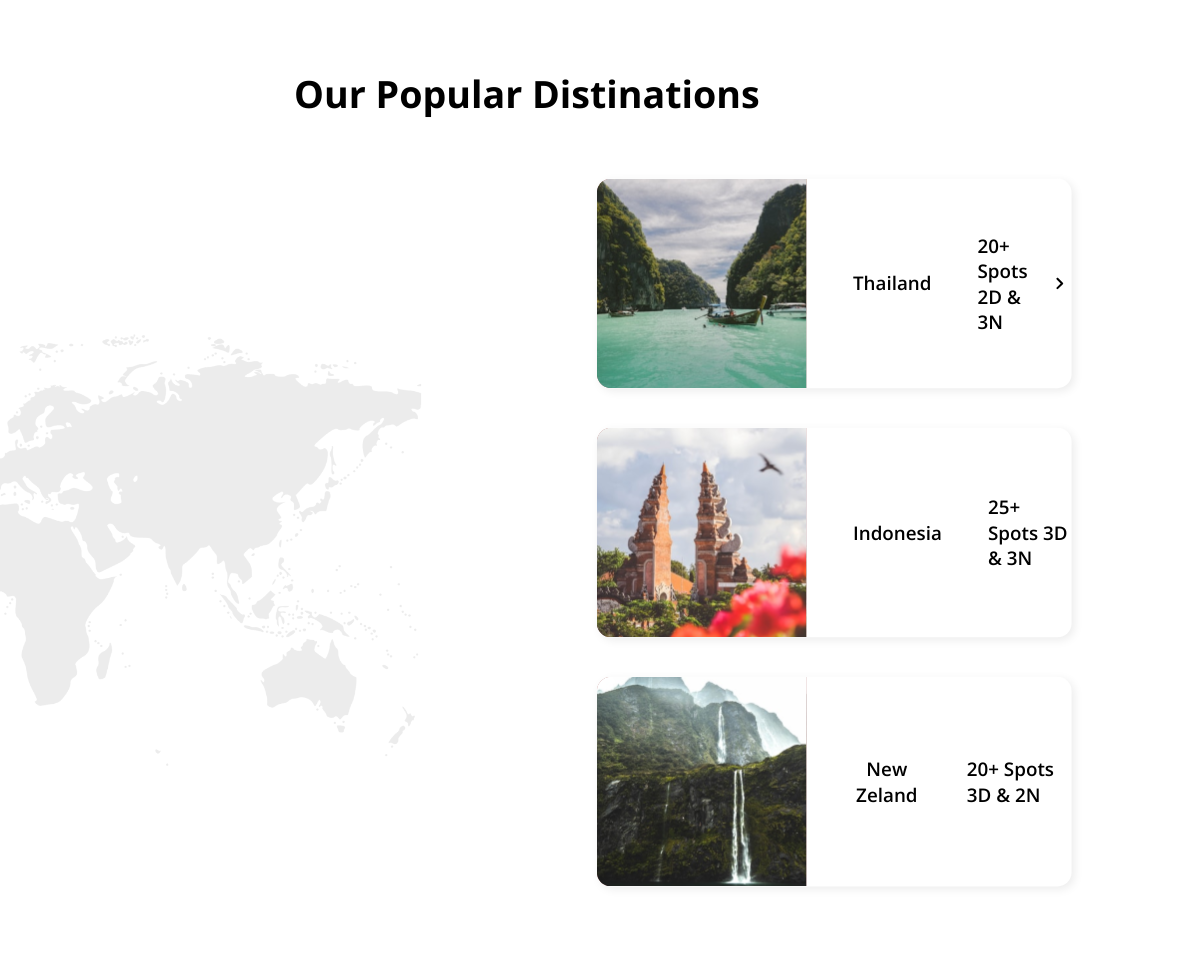
Repository: MehdiKerimov/Figma-Task-16
Page: index.html
These files come from the project's save history. The page is drawn as it stood at one moment and after a run of saves; the edit follows.
The browser window is 1280 px wide. The pictures show the whole page, at 94% of full size.

Above is the page before, as saved 2023-10-10 11:10:15.

After the next 3 saves:
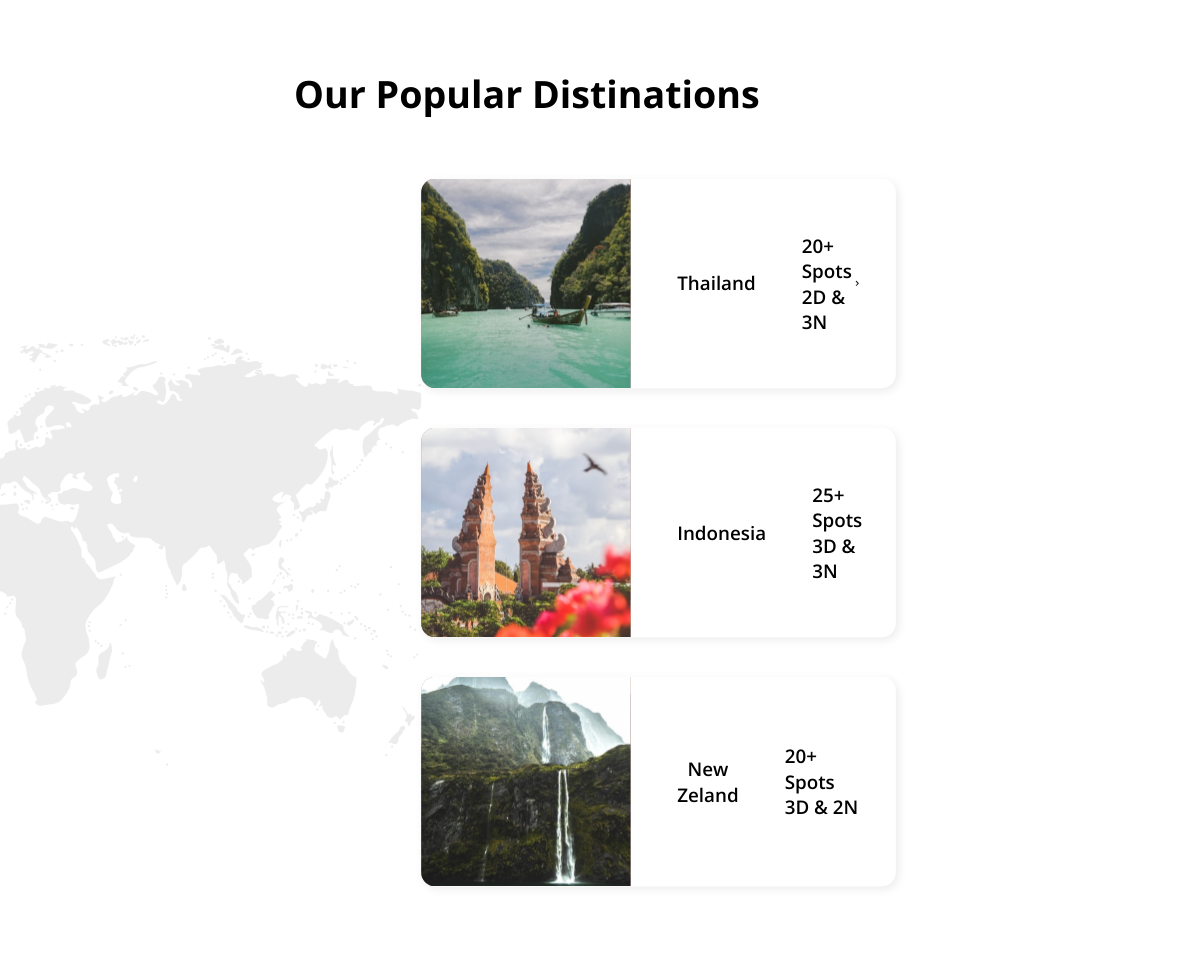
The 3 saves are shown as one change because they came seconds apart.
The last was saved 31 s later.
--- a/index.css
+++ b/index.css
@@ -34,7 +34,8 @@ ul{
 }
 .container .box ul li {
   margin-bottom: 42px;
-  margin-left: 187px;
+  /* margin-left: 187px; */
+  padding-right: 35px;
   width: 100%;
   /* width: 659px; */
   height: 223px;
